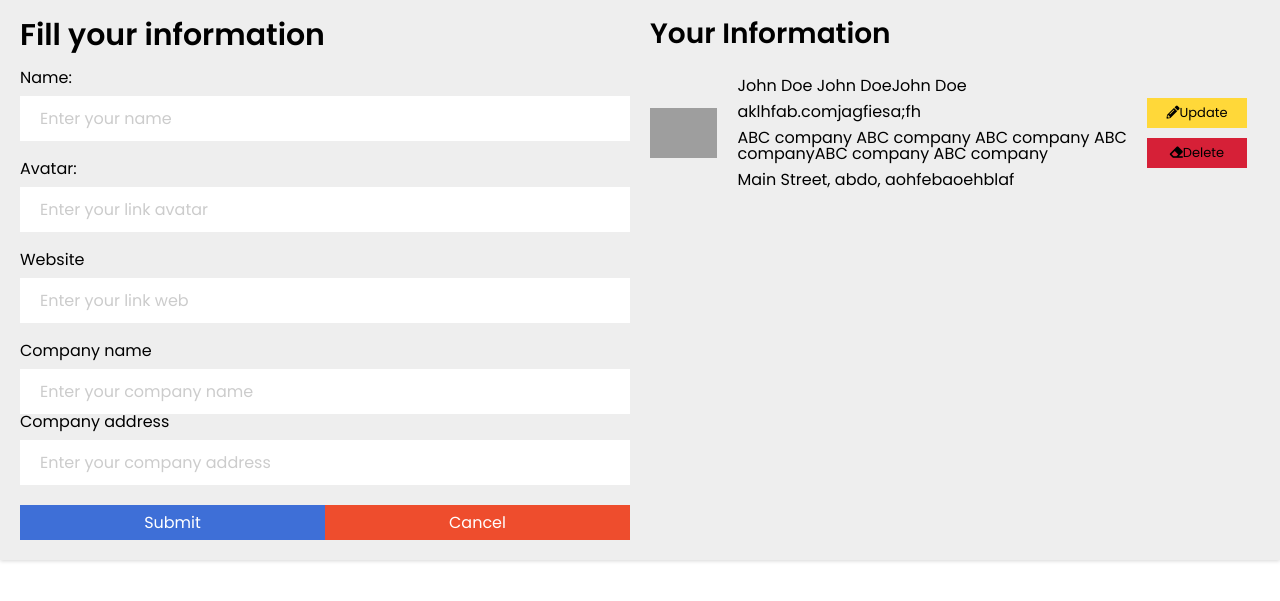
Repository: nttthao9/management
Page: index.html
An editor plug-in stored every save of this project. The page is shown before and after the next save, followed by the edit.
The browser window is 1280 px wide. The pictures show the whole page.
Pictures or frames that could not be fetched are drawn as grey boxes. Some web libraries are served in a nearby version.

Above is the page before, as saved 2021-10-13 15:11:22.

### index.html
<!DOCTYPE html>
<html lang="en">

<head>
  <meta charset="UTF-8">
  <meta http-equiv="X-UA-Compatible" content="IE=edge">
  <meta name="viewport" content="width=device-width, initial-scale=1.0">
  <title>Promise</title>
  <link rel="preconnect" href="https://fonts.googleapis.com">
  <link rel="preconnect" href="https://fonts.gstatic.com" crossorigin>
  <link href="https://fonts.googleapis.com/css2?family=Poppins:wght@300;400;500;600&display=swap" rel="stylesheet">
  <link rel="stylesheet" href="https://cdnjs.cloudflare.com/ajax/libs/font-awesome/5.1.0-11/css/all.css"
    integrity="sha512-xO/VZFNBvip9IT+BD6Nq/pHdBvKeFcwygKqARlegjQ+5A68KsMSYrPbGP1oYow5ec9Tqq8peJXcn5J1bD4O00w=="
    crossorigin="anonymous" referrerpolicy="no-referrer" />
  <link rel="stylesheet" href="./.vscode/style.css">
</head>

<body>
  <div class="container">
    <div class="fill-infor">
      <form action="" id="form" autocomplete="off">
        <h2 class="form-title">Fill your information</h2>
        <div class="fill fill-name">
          <label for="name">Name:</label>
          <input type="text" id="name" name="name" autocomplete="off" placeholder="Enter your name">
        </div>
        <div class="fill fill-avatar">
          <label for="avatar">Avatar:</label>
          <input type="text" id="avatar" name="avatar" placeholder="Enter your link avatar">
        </div>
        <div class="fill fill-link">
          <label for="link-web">Website</label>
          <input type="link-web" id="link-web" name="link-web" placeholder="Enter your link web">
        </div>
        <div class="fill fill-company">
          <label for="company">Company name</label>
          <input type="text" id="company-name" name="company-name" placeholder="Enter your company name">
          <label for="company">Company address</label>
          <input type="text" id="company-address" name="company-address" placeholder="Enter your company address">
        </div>
        <div class="fill-btn">
          <button type="submit" class=" btn btn-submit">Submit</button>
          <button type="submit" class="btn btn-cancel">Cancel</button>
        </div>

      </form>
      <div class="manage">
        <h3 class="filled">Your Information</h3>
        <div class="manage-infor">
          <div class="infor-item">
            <div class="your-image">
              <img src="http://lorempixel.com/640/480/abstract/" alt="">
            </div>
            <div class="infor-desc">
              <span class="name">John Doe John DoeJohn Doe</span>
              <span class="name">aklhfab.comjagfiesa;fh</span>
              <span class="name">ABC company ABC company ABC company ABC companyABC company ABC company</span>
              <span class="name">Main Street, abdo, aohfebaoehblaf</span>
            </div>
            <div class="button">
              <button type="submit" class="btn btn-update">
                <i class="fas fa-pencil-alt"></i>Update</button>
              <button type="submit" class=" btn btn-delete"><i class="fas fa-eraser"></i>Delete</button>
            </div>
          </div>


        </div>
      </div>
    </div>
  </div>
  <script src="./main.js"></script>
</body>

</html>

### .vscode/style.css
html {
  box-sizing: border-box;
  font-size: 62.5%;
}
* {
  margin: 0;
  padding: 0;
}
*,
*:before,
*:after {
  box-sizing: border-box;
}
input,
textarea,
select,
button {
  outline: none;
}
input {
  line-height: normal;
}
label,
button {
  cursor: pointer;
}
a {
  text-decoration: none;
}
img {
  display: block;
  max-width: 100%;
}
body {
  font-family: 'Poppins', sans-serif;
  line-height: 1;
  font-size: 1.6rem;
}
.container {
  padding: 2rem;
  background-color: #eee;
  box-shadow: rgba(0, 0, 0, 0.16) 0px 1px 4px;
}
.btn {
  padding: 5px 1rem;
  border: 0;
  font-size: 1.3rem;
  font-family: 'Poppins', sans-serif;
  cursor: pointer;
  transition: all 0.25s linear;
  width: 10rem;
}
.btn:hover {
  color: #333;
}
.fill-infor {
  display: flex;
  justify-content: space-between;
}
.image {
  width: 50%;
}
img {
  width: 100%;
}
#form {
  width: 50%;
}
.form-title {
  font-size: 3rem;
  margin-bottom: 2rem;
}
.fill {
  margin-bottom: 2rem;
}
.fill-btn {
  display: flex;
  justify-content: space-between;
}
label,
input {
  display: block;
}
label {
  margin-bottom: 1rem;
}
input {
  width: 100%;
  padding: 1rem 2rem;
  border: 0;
  font-size: 1.6rem;
  font-family: 'Poppins', sans-serif;
  color: #333;
}
input::-webkit-input-placeholder {
  color: #ccc;
}
input::-moz-placeholder {
  color: #ccc;
}
input:-ms-input-placeholder {
  color: #ccc;
}
input::-ms-input-placeholder {
  color: #ccc;
}
input::placeholder {
  color: #ccc;
}
.btn-submit {
  width: 100%;
  font-size: 1.6rem;
  background-color: #3e6fd7;
  color: white;
}
.btn-cancel {
  font-size: 1.6rem;
  background-color: #ee4d2d;
  width: 100%;
  color: white;
}
.manage {
  width: 50%;
  margin-left: 2rem;
}
.infor-item {
  display: flex;
  /* justify-content: space-between; */
  align-items: center;
}
.infor-desc {
  margin: 0 2rem;
}
.infor-desc span {
  display: block;
  margin: 1rem 0;
}
.button {
  margin-left: auto;
}
.filled {
  font-size: 2.8rem;
  margin-bottom: 2rem;
}
.your-image {
  width: 20%;
  /* height: 5rem; */
}

.btn-update {
  background-color: #ffd839;
  margin-bottom: 1rem;
}
.btn-delete {
  background-color: #d62037;
}

### main.js
const api = 'https://5fa3d0d9f10026001618df85.mockapi.io/users';

const inputName = document.querySelector('#name');
const inputAvatar = document.querySelector('#avatar');
const inputLinkWeb = document.querySelector('#link-web');
const inputcompanyName = document.querySelector('#company-name');
const inputcompanyAddress = document.querySelector('#company-address');
const btnSubmit = document.querySelector('.btn-submit');
const btnCancel = document.querySelector('.btn-cancel');

let creatData = {};
let company = {};
inputName.addEventListener('change', () => {
  creatData.name = inputName.value;
});
inputAvatar.addEventListener('change', () => {
  creatData.avatar = inputAvatar.value;
});
inputLinkWeb.addEventListener('change', () => {
  creatData.website = inputLinkWeb.value;
});
inputcompanyName.addEventListener('change', () => {
  company.name = inputcompanyName.value;
  // creatData.company = company.name;
});
inputcompanyAddress.addEventListener('change', () => {
  company.adress = inputcompanyAddress.value;
  // creatData.company = company.adress;
});
btnSubmit.addEventListener('click', (e) => {
  e.preventDefault();
  creatData.company = company;
  postData(api, creatData)
    .then((result) => console.log(result))
    .catch((err) => console.log(err));
  getData(api).then((data) => {
    renderUser(data);
  });
});
async function postData(url = '', postData) {
  const response = await fetch(url, {
    method: 'POST', // *GET, POST, PUT, DELETE, etc.
    mode: 'cors', // no-cors, *cors, same-origin
    cache: 'no-cache', // *default, no-cache, reload, force-cache, only-if-cached
    credentials: 'same-origin', // include, *same-origin, omit
    headers: {
      'Content-Type': 'application/json',
      // 'Content-Type': 'application/x-www-form-urlencoded',
    },
    redirect: 'follow', // manual, *follow, error
    referrerPolicy: 'no-referrer', // no-referrer, *no-referrer-when-downgrade, origin, origin-when-cross-origin, same-origin, strict-origin, strict-origin-when-cross-origin, unsafe-url
    body: JSON.stringify(postData),
  });
  return response.json();
}

async function getData(url = '') {
  const response = await fetch(url, {
    method: 'GET', // *GET, POST, PUT, DELETE, etc.
    mode: 'cors', // no-cors, *cors, same-origin
    cache: 'no-cache', // *default, no-cache, reload, force-cache, only-if-cached
    credentials: 'same-origin', // include, *same-origin, omit
    headers: {
      'Content-Type': 'application/json',
      // 'Content-Type': 'application/x-www-form-urlencoded',
    },
    redirect: 'follow', // manual, *follow, error
    referrerPolicy: 'no-referrer', // no-referrer, *no-referrer-when-downgrade, origin, origin-when-cross-origin, same-origin, strict-origin, strict-origin-when-cross-origin, unsafe-url
  });
  return response.json(); // parses JSON response into native JavaScript objects
}

const manageInfor = document.querySelector('.manage-infor');
async function renderUser(data) {
  let inforItem = data.map((item) => {
    return ` <div class="infor-item">
    <div class="your-image">
      <img src="${item.avatar}" alt="">
    </div>
    <div class="infor-desc">
      <span class="name">${item.name}</span>
      <span class="name">${item.website}</span>
      <span class="name">${item.company.name}</span>
      <span class="name">${item.company.adress}</span>
    </div>
    <div class="button">
      <button type="submit" class="btn btn-update">
        <i class="fas fa-pencil-alt"></i>Update</button>
      <button type="submit" class=" btn btn-delete"><i class="fas fa-eraser"></i>Delete</button>
    </div>
  </div>`;
  });
  return (manageInfor.innerHTML = inforItem.join(''));
}

After the next save:
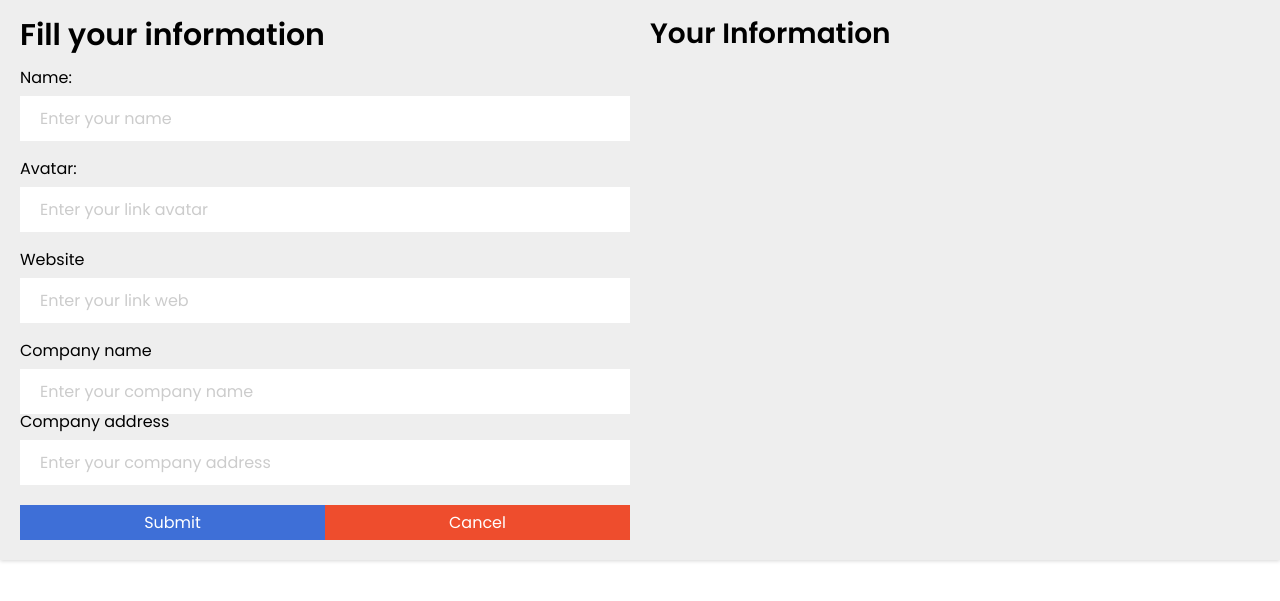
Saved 21 s later.
--- a/index.html
+++ b/index.html
@@ -47,7 +47,7 @@
       <div class="manage">
         <h3 class="filled">Your Information</h3>
         <div class="manage-infor">
-          <div class="infor-item">
+          <!-- <div class="infor-item">
             <div class="your-image">
               <img src="http://lorempixel.com/640/480/abstract/" alt="">
             </div>
@@ -62,7 +62,7 @@
                 <i class="fas fa-pencil-alt"></i>Update</button>
               <button type="submit" class=" btn btn-delete"><i class="fas fa-eraser"></i>Delete</button>
             </div>
-          </div>
+          </div> -->
 
 
         </div>
